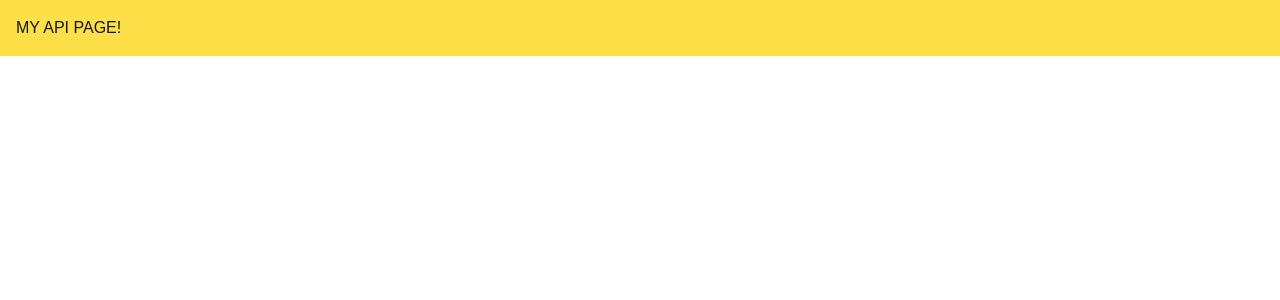
Repository: SamanthaYan298/MDIA-3126-Weds
Page: /api (app in webapp/)
These files come from the project's save history. The page is drawn as it stood at one moment and after the next save; the edit follows.
The browser window is 1280 px wide. The pictures show the whole page.
The project was rebuilt for these pictures with package versions that can differ from the ones it lists, and the page was loaded fresh each time. The framework's server and built-in components were replaced by stand-ins that run in the browser. Also part of the build but not shown: webapp/next.config.mjs.

Above is the page before, as saved 2024-10-09 12:48:31.

### webapp/src/app/api/page.js
import Image from "next/image";

export default function Page() {
// to-do list
// create a product page
// create a header
// create a button the request data
// store the data in my state (react state)
// output the data


    return (
        <div className="bg-yellow-300 p-4">
            MY API PAGE!
        </div>
    )
}

Loaded but not shown: webapp/src/app/layout.js (common file); webapp/src/app/globals.css (common file); webapp/tailwind.config.js (common file)

After the next save:
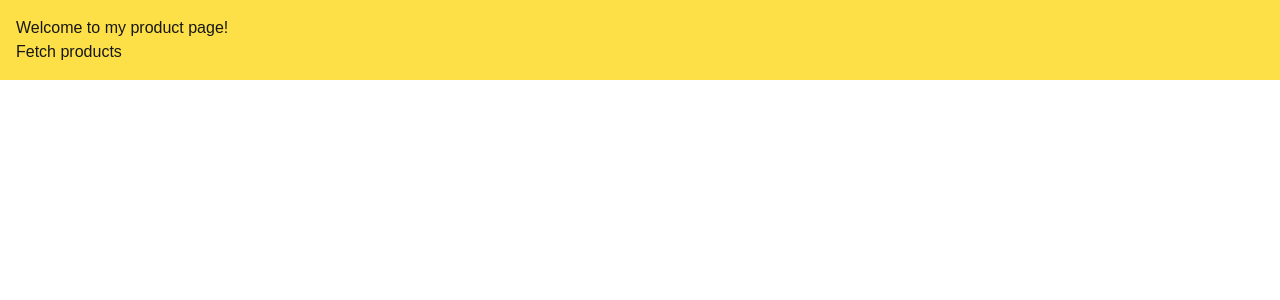
Saved 76 s later.
--- a/webapp/src/app/api/page.js
+++ b/webapp/src/app/api/page.js
@@ -2,16 +2,21 @@ import Image from "next/image";
 
 export default function Page() {
 // to-do list
-// create a product page
-// create a header
-// create a button the request data
-// store the data in my state (react state)
-// output the data
+// 1 create a product page
+// 2 create a header
+// 3 create a button the request data
+// 4 store the data in my state (react state)
+// 5 output the data
 
 
     return (
         <div className="bg-yellow-300 p-4">
-            MY API PAGE!
+            <header>
+                <h1>Welcome to my product page!</h1>
+                <button>
+                    Fetch products
+                </button>
+            </header>
         </div>
     )
 }
